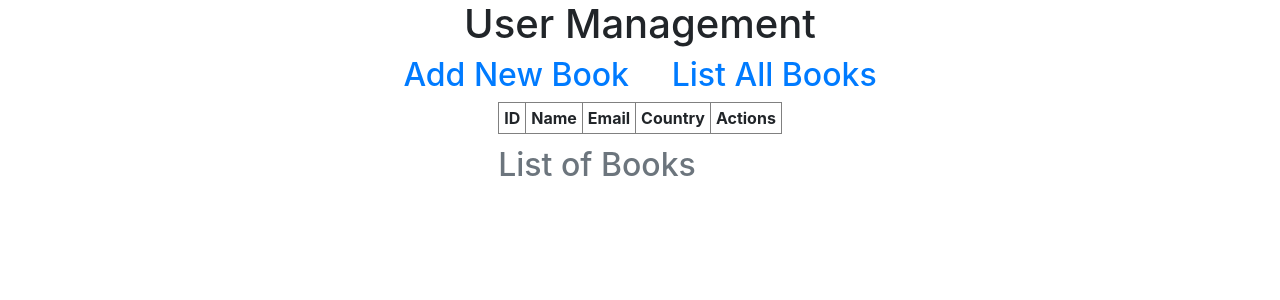
Repository: ntheanh201/A-D-Labs
Page: http://localhost/Lab1-Pro5/book-list.jsp
An editor plug-in stored every save of this project. The page is shown before and after the next save, followed by the edit.
The browser window is 1280 px wide. The pictures show the whole page.
The page is served by Tomcat 9. The template is opened directly, without the code that normally fills it, so the values that code supplies are empty.

Above is the page before, as saved 2020-09-21 08:08:54.

After the next save:
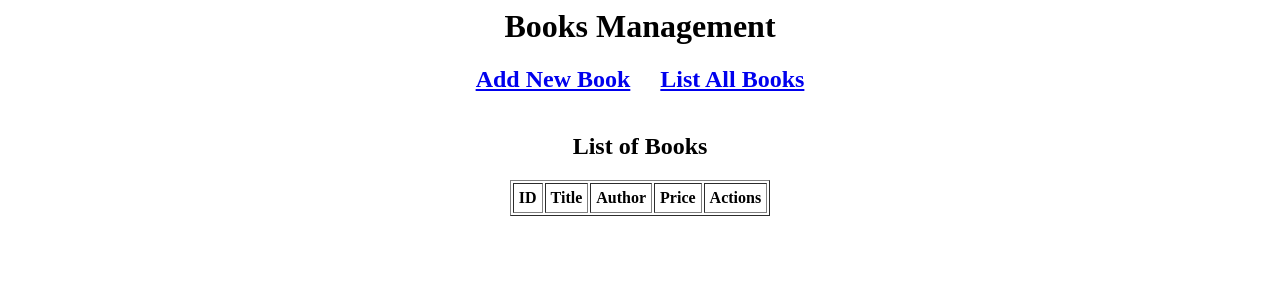
Saved 18 s later.
--- a/Lab1-Pro5/WebContent/book-list.jsp
+++ b/Lab1-Pro5/WebContent/book-list.jsp
@@ -1,30 +1,34 @@
+<%--
+    Document   : BookList
+    Created on : Sep 21, 2020, 3:17:19 AM
+    Author     : Thu Uyen
+--%>
+
 <%@ page language="java" contentType="text/html; charset=UTF-8"
     pageEncoding="UTF-8"%>
 <%@ taglib uri="http://java.sun.com/jsp/jstl/core" prefix="c" %>
 <html>
 <head>
-	<title>Book Management Application</title>
-	<link rel="stylesheet" href="https://stackpath.bootstrapcdn.com/bootstrap/4.3.1/css/bootstrap.min.css" integrity="sha384-ggOyR0iXCbMQv3Xipma34MD+dH/1fQ784/j6cY/iJTQUOhcWr7x9JvoRxT2MZw1T" crossorigin="anonymous">
-
+    <title>Books Store Application</title>
 </head>
 <body>
-	<center>
-		<h1>User Management</h1>
+    <center>
+        <h1>Books Management</h1>
         <h2>
-        	<a href="new">Add New Book</a>
-        	&nbsp;&nbsp;&nbsp;
-        	<a href="list">List All Books</a>
+            <a href="/new">Add New Book</a>
+            &nbsp;&nbsp;&nbsp;
+            <a href="/list">List All Books</a>
 
         </h2>
-	</center>
+    </center>
     <div align="center">
         <table border="1" cellpadding="5">
             <caption><h2>List of Books</h2></caption>
             <tr>
                 <th>ID</th>
-                <th>Name</th>
-                <th>Email</th>
-                <th>Country</th>
+                <th>Title</th>
+                <th>Author</th>
+                <th>Price</th>
                 <th>Actions</th>
             </tr>
             <c:forEach var="book" items="${listBook}">
